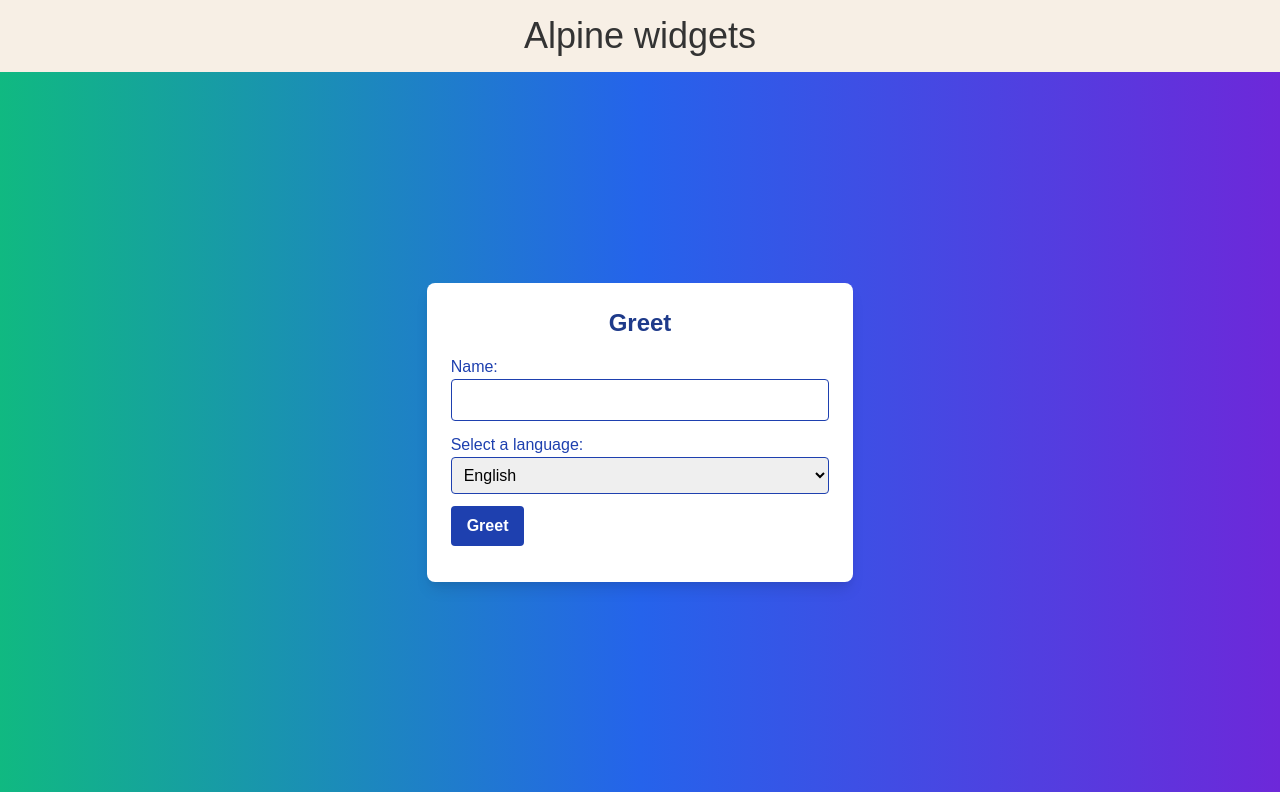
Repository: lasity34/alpine-bootcamp-widgets
Page: index.html
The author's editor kept a copy of each file at every save. The page is drawn from the files as they stood at one save, then again after the next save.
The browser window is 1280 px wide. The pictures show the whole page.
Some web fonts or font styles are not loaded; a fallback is used. Some web libraries are served in a nearby version.

Above is the page before, as saved 2023-07-12 11:33:03.

After the next save:
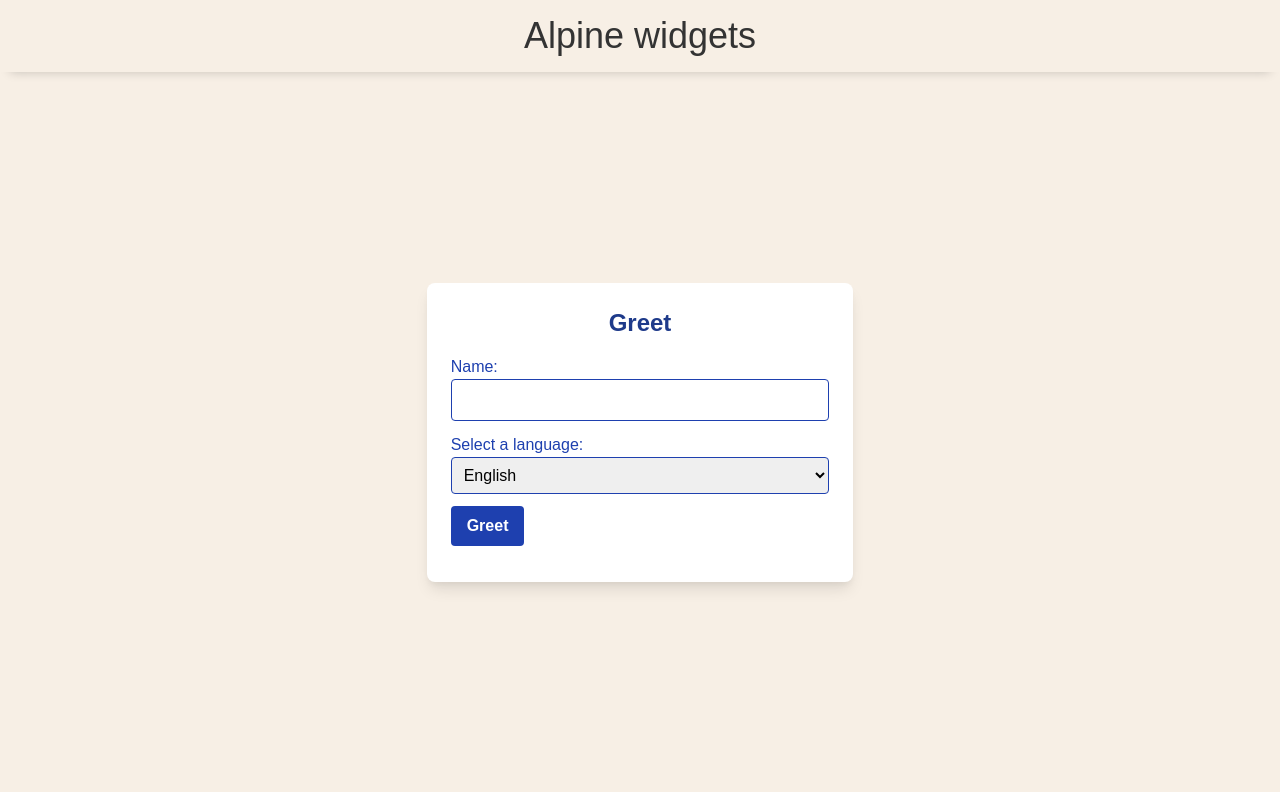
Saved 5 min 30 s later.
--- a/index.html
+++ b/index.html
@@ -20,7 +20,7 @@
   <body>
     <h1 class="text-4xl text-center mt-4 pb-4">Alpine widgets</h1>
     <div
-      class="flex justify-center items-center h-screen bg-gradient-to-r from-green-500 via-blue-600 to-purple-700"
+      class="widget_container flex justify-center items-center h-screen  from-green-500 via-blue-600 to-purple-700"
     >
       <section
         class="w-1/3 bg-white rounded-lg shadow-lg p-6 m-4"
